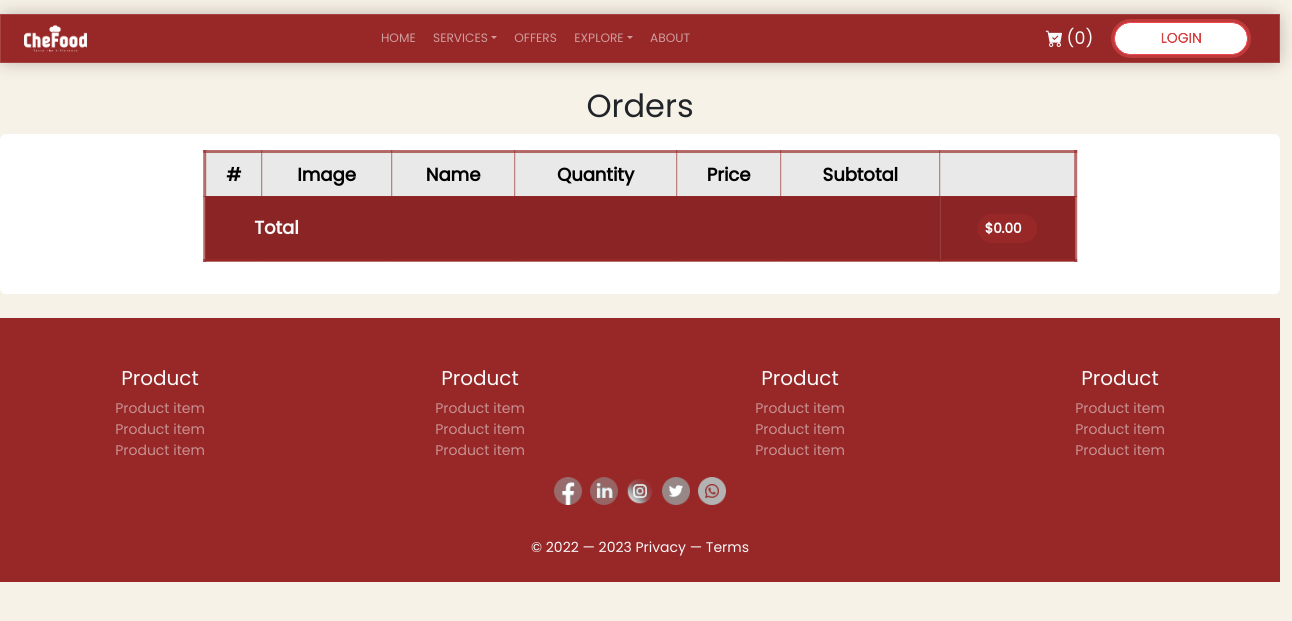
Repository: qamchamine/chefood
Page: /cart (app in front-end/)
These files come from the project's save history. The page is drawn as it stood at one moment and after the next save; the edit follows.
The browser window is 1280 px wide. The page is 1292 px wide, so the pictures cover 1292 px, including what lies to the right of the window. The pictures show the whole page.
The project was rebuilt for these pictures with package versions that can differ from the ones it lists, and the page was loaded fresh each time. Some packages were replaced by stand-ins written for this rebuild. Also part of the build but not shown: front-end/src/css/products.css, front-end/src/components/small_components/ProductCard.jsx, front-end/src/components/small_components/AddProduct.jsx, front-end/src/components/pages/sub-pages/Products.jsx, front-end/src/components/small_components/ButtonMain.jsx, front-end/src/components/small_components/HomeCard.jsx, front-end/src/components/small_components/HomeCardFullSection.jsx, front-end/src/components/pages/Home.jsx and 34 more. Imported but missing from the stored project, and not drawn on this page: front-end/src/sounds/applause.mp3, front-end/src/sounds/wheel.mp3.

Above is the page before, as saved 2023-06-25 20:33:47.

### front-end/public/index.html
<!DOCTYPE html>
<html lang="en">
  <head>
    <meta charset="utf-8" />
    <link rel="icon" href="%PUBLIC_URL%/favicon.ico" />
    <meta name="viewport" content="width=device-width, initial-scale=1" />
    <meta name="theme-color" content="#000000" />
    <meta
      name="description"
      content="Web site created using create-react-app"
    />
    <link
    rel="stylesheet"
    href="https://fonts.googleapis.com/css?family=Roboto:400,700"
  />
  <link rel="stylesheet" href="https://cdn.jsdelivr.net/npm/bootstrap-icons@1.10.5/font/bootstrap-icons.css">

    <link rel="apple-touch-icon" href="%PUBLIC_URL%/logo192.png" />
    <link rel="manifest" href="%PUBLIC_URL%/manifest.json" />

    <link rel="stylesheet" href="https://fonts.googleapis.com/icon?family=Material+Icons">

    <link rel="stylesheet" href="https://maxcdn.bootstrapcdn.com/font-awesome/4.7.0/css/font-awesome.min.css">
    <script src="https://code.jquery.com/jquery-3.5.1.min.js"></script>
    <script src="https://cdn.jsdelivr.net/npm/popper.js@1.16.0/dist/umd/popper.min.js"></script>




    <title>React App</title>
  </head>
  <body>

    <div id="root"></div>
<!--     <script src="jquery/jquery-3.6.0.js"></script>  -->
    <script src="https://unpkg.com/sweetalert/dist/sweetalert.min.js"></script>

  </body>
</html>

### front-end/src/config/ShoppingContext.jsx

  import React, { createContext, useState, useEffect } from 'react';
  import Swal from 'sweetalert2'
  import axios from 'axios';

   const ShoppingContext = createContext();

const ShoppingProvider = ({ children }) => {
/*     const [orders,setOrders] = useState([])
     */

/*       function removeFromCart(item){
        setCartItems(cartItems.filter(product => product.id !== item.id));
        Swal.fire({
          position: 'top-end',
          icon: 'success',
          title: 'Your item has been removed',
          showConfirmButton: false,
          timer: 1500
        });
      } */

      return (
    <ShoppingContext.Provider value={
        { /* orders,setOrders */
          /* products,  cartItems, removeFromCart */
        }
      }>      {children}
    </ShoppingContext.Provider>
  );
};
export { ShoppingContext, ShoppingProvider }

### front-end/src/components/Footer.jsx
import React, { useEffect } from 'react'

import Facebook from '../images/icons/facebook.png'
import Linkedin from '../images/icons/linkedin.png'
import Instagram from '../images/icons/instagram.png'
import Twitter from '../images/icons/twitter.png'
import Whatsapp from '../images/icons/whatsapp.png'
import './../css/nav-footer.css';
export default function Footer() {

    return (
        <div className='footer container-fluid' style={{ background: '#982727' }}>
            <footer className=' py-2 pt-5 d-grid text-light'>
                <div className='row justify-content-around text-center '>
                    <div className='d-grid col-6 col-sm-12 col-md-6 col-lg-4 col-xl-3'>
                        <h5>Product</h5>
                        <a className='text-decoration-none text-light opacity-50' href="">Product item</a>
                        <a className='text-decoration-none text-light opacity-50' href="">Product item</a>
                        <a className='text-decoration-none text-light opacity-50' href="">Product item</a>
                    </div>
                    <div className='d-grid col-6 col-sm-12 col-md-6 col-lg-4 col-xl-3'>
                        <h5>Product</h5>
                        <a className='text-decoration-none text-light opacity-50' href="">Product item</a>
                        <a className='text-decoration-none text-light opacity-50' href="">Product item</a>
                        <a className='text-decoration-none text-light opacity-50' href="">Product item</a>
                    </div>
                    <div className='d-grid col-6 col-sm-12 col-md-6 col-lg-4 col-xl-3'>
                        <h5>Product</h5>
                        <a className='text-decoration-none text-light opacity-50' href="">Product item</a>
                        <a className='text-decoration-none text-light opacity-50' href="">Product item</a>
                        <a className='text-decoration-none text-light opacity-50' href="">Product item</a>
                    </div>
                    <div className='d-grid col-6 col-sm-12 col-md-6 col-lg-4 col-xl-3'>
                        <h5>Product</h5>
                        <a className='text-decoration-none text-light opacity-50' href="">Product item</a>
                        <a className='text-decoration-none text-light opacity-50' href="">Product item</a>
                        <a className='text-decoration-none text-light opacity-50' href="">Product item</a>
                    </div>
                </div>
                <div className='footer-icons row justify-content-center py-3 '>
                    <div className='d-flex gap-2 justify-content-center'>
                        <a href=""> <img src={Facebook} className='footer-icon' alt="" /> </a>
                        <a href=""> <img src={Linkedin} className='footer-icon' alt="" /> </a>
                        <a href=""> <img src={Instagram} className='footer-icon' alt="" /> </a>
                        <a href=""> <img src={Twitter} className='footer-icon' alt="" /> </a>
                        <a href=""> <img src={Whatsapp} className='footer-icon' alt="" /> </a>

                    </div>
                </div>
                <div className='row justify-content-center py-3'>
                    © 2022 — 2023 Privacy — Terms
                </div>
            </footer>
        </div>

    )
}

### front-end/src/components/small_components/shopping/Cart.jsx
import React,{useContext ,useEffect, useState} from 'react';
import axios from 'axios';
import '../../../css/cart.css'
import { ShoppingContext } from '../../../config/ShoppingContext';
import { LoginContext } from '../../../config/LoginContext';
import { getProd } from '../../pages/sub-pages/Products';
export default function Cart() {
    const {orders, setOrders} = useContext(LoginContext);
    const {prod, setProd} = useContext(LoginContext);
    const {userData, setUserData} = useContext(LoginContext);
    const {isLoggedIn} = useContext(LoginContext);
    const {loading, setLoading} = useContext(LoginContext);
    const [userOrders, setUserOrders] = useState([]);

/* useEffect(() => {
  setUserOrders(orders.filter(el=>el.user_id === 1))

  console.log(userOrders);
},[]); */

    return (
        <div className="row my-4 cart-page ">
            <h2 className='text-center' style={{color:''}}>Orders</h2>
            <div className="col-md-12">
                <div className="card">
                    <div className="card-body">
                        <table className="table table-light ajouterPanierTable table-bordered">
                            <thead>
                                <tr>
                                    <th >#</th>
                                    <th >Image</th>
                                    <th >Name</th>
                                    <th >Quantity</th>
                                    <th >Price</th>
                                    <th>Subtotal</th>
                                    <th ></th>
                                </tr>
                            </thead>
                            <tbody>
                            { isLoggedIn?orders.map((item,i) => (
                                    <tr key={item.id}>

                                        <th scope="row">{i+1}</th>
                                        <td>
                {/*                             <img src={require(`../../../images/products/${prod.find(el=>el.id==item.product_id).category} (${prod.find((el,i)=>el.id===item.product_id).img}).png`)} alt={item.product_name}
                                                className="img-fluid rounded"
                                                width={60} height={60} /> */}
                                        </td>
                                        <td>{item.product_name}</td>
                                        <td>

                                            <b className="mx-2">
                                                {item.product_quantity}
                                            </b>

                                        </td>
                                        <td>{prod.find((el,i)=>el.id===item.product_id).price} <b>MAD</b> </td>
                                       <td>{(item.product_quantity * prod.find((el,i)=>el.id===item.product_id).price).toFixed(2)} MAD</td>
                                        <td>
                                            <i
                                                className="bi bi-cart-x text-danger"
                                                style={{cursor: 'pointer'}}
                                          /*       onClick={() => removeFromCart(item)} */
                                            ></i>
                                        </td>
                                    </tr>
                                )): ''
                            }
                            <tr className='cart-footer'>
                                <th  colSpan={6} className="text-start ps-5 text-light" style={{background:'#982727'}}>
                                    Total
                                </th>
                                <th style={{background:'#982727'}} colSpan={1} className=" py-3 text-light">
                                    <span style={{background:'#982727'}} className="badge text-center p-2 rounded-pill pe-3"
                                    >
                                        $
                                        {
                                            orders.reduce((acc,item) => acc += item.product_quantity * prod.find((el,i)=>el.id===item.product_id).price,0).toFixed(2)
                                        }
                                    </span>
                                </th>
                            </tr>
                            </tbody>
                        </table>
                    </div>
                </div>
            </div>
        </div>
    )
}

### front-end/src/css/home.css
.homeBG {
    height: fit-content;
    position: relative;
    right: -10%;
    top: 34%;
    z-index: -1;
    width: 100em !important;


}
@font-face {
    font-family: 'poppin';
    src: url('../fonts/Poppins/Poppins-Regular.ttf') ;
    font-weight: normal;
    font-style: normal;
  }
body {
    font-family:'poppin', sans-serif !important;
    background-color: #F7F2E7 !important;
    max-width: 100vw;
    font-weight: normal !important;
    overflow-x: hidden;
    font-size: 14px !important;
}

body::-webkit-scrollbar {
    width: 0;
}

.nb {
/*     position: fixed; */
/*     top: 1em; */
    background-color: #982727 !important;
    box-shadow: 0 0px 20px #1f020241;
    border: 1px solid #ffffff22;
}

.navbar {
    background-color: #982727 !important;
}

.changeColor {
    background-color: blue !important;
}

.signUP {
    background: white !important;
    color: #982727 !important;
    font-weight: bold !important;
    outline: 5px solid #982727ab;
    outline-offset: -2px;
    transition: 500ms ease;


}

.homeContent {
    height: 90vh;
    z-index: 0;
    margin-top: -1.5em !important;
}

.homeContent h1 {
    color: #F7F2E7;
    text-align: start;
width: 40vw !important;
}

.homeContent h1 span {
    position: relative;
    display: inline-block;
    margin-bottom: 10px;
    padding: 4px 20px 8px;
    transition: 1s ease;
}

.homeContent h1 span::before {
    content: '';
    position: absolute;
    background: #982727;
    left: 0;
    top: 0;
    z-index: -1;
    width: 100%;
    height: 100%;
    transform: skew(-10deg);
}

.homeContent h1 span:last-child::before {
    transform: skew(10deg);
}

.homeContent p {
    width: 72%;
    color: #982727;
    text-align: left;
}

.homeContent .homeMainButtons {
    width: 72%;
}

.cardBtn {
    transition: 1s ease;
}

.cardBtn:hover {
    filter: brightness(130%);

}

.cardBtn i {
    left: 63%;
    transition: 300ms ease;
}

.cardBtn:hover i {
    left: 75%;
}

.btnMain:hover {
    filter: brightness(130%);
}

.card-img-top {
    object-fit: cover;
}

.signUP:hover {

    background: #982727 !important;
    color: white !important;
    font-weight: bold !important;
    outline: 5px solid #ffffff55;
    outline-offset: -4px;
}

.cardsGroup:not(:first-child) {
    translate: 50% 0;
}

.arrow-1-1 {
    position: absolute;
    top: 50%;
    left: 0;
}

.home .carousel-control-prev-icon,
.home .carousel-control-next-icon {

    width: 1.3em;
    height: 1.3em;
    color:black !important;

    outline: 12px solid #982929;
    outline-offset: -1px;
    background-color: #982929;
    background-size: 100%, 100%;
    border-radius: 50%;
    box-shadow: 0 0 10px black;
}

.home .carousel-control-prev,
.home .carousel-control-next {
    z-index: 10;
    width: 4em !important;
/*     background: red; */

}

/* .py-4 {
    padding-top: 0rem !important;
    padding-bottom: 0rem !important;
} */

.nb{
    zoom:87%;
}

### front-end/src/css/cart.css
.ajouterPanierTable td{
    font-size: .9em;
    width: fit-content !important;
    text-align: center;
}
.ajouterPanierTable th{
    width: fit-content !important;
    text-align: center;
    background: rgba(0, 0, 0, 0.088) !important;
}
.ajouterPanierTable .cart-footer{
    background: #982727 !important;
    vertical-align: middle !important;
}

.ajouterPanierTable {
width: 70% !important;
position: relative;
left: 50%;
translate: -50% 0;
border: .2em solid #982727aa !important;
}
.cart-page .card {
    box-shadow:none;
}

### front-end/src/css/Reviews.css
.Reviews-color
{
  color : #982727;
  text-transform: uppercase;
  letter-spacing: 0.5em;
}
.Reviews-paragraph
{
  font-size: 0.8em;
}
.parent-card{
    margin-top:50px !important;
}
.card
{
    border: none !important;
    box-shadow: 0 4px 8px 0 rgba(0, 0, 0, 0.2), 0 6px 20px 0 rgba(0, 0, 0, 0.19);
}
.user-name
{
    color : #000D7E;
}
.description
{
    color: #982727;
    font-size: 0.75em;
}
.comment{
    margin:5px;
    font-size:0.55em;
}
.reviewCardImage{
    margin-top:16px;
}
.reviewCard:hover .reviewCardImage{
    scale:1.2;
    margin-inline:.3em;
}
.reviewCard:hover .reviewCardImage{
    transition:300ms ease;
}
.reviewCard:hover .hoverstar{
    scale:1.2;
    margin-inline:.3em;
}
.reviewCard .hoverstar{
    transition:300ms ease;
}
.reviewCardImage{
    width:40%;
    transition:300ms ease;
}

.reviewCard strong{
    left:50%;
    translate:-50% 0;
    width:100%;
    bottom:.9em;
}

.the-bottom-page{
    margin-top:25px;
    position: absolute;
    left: auto;
    right: 0;
}

@media (max-width: 1200px) { /* Extra large devices (large desktops, 1200px and up) */
    .card {
      width: 100%;
    }
    .col-4 {
      width: 33.33333333%;
    }
    strong img{
        width: 19px;
    }
  }
  @media (max-width: 1118px) { /* Large devices (desktops, 992px and up) */
    .card {
      width: 100%;
    }
    .col-4 {
        width: 33.33333333%;
    }
    strong img{
        width: 16px;
    }
  }
  @media (max-width: 992px) { /* Medium devices (tablets, 768px and up) */
    .card {
        width: 140%;
    }
  }
  @media (max-width: 770px) { /* Medium devices (tablets, 768px and up) */
    .card {
        width: 95%;
    }
    .col-4 {
        width: 25% !important;
    }
    .parent-card
    {
        --bs-gutter-x: 0.5rem;
        display: grid !important;
        grid-template-columns: repeat(2, 1fr);
    }
    .col-4 {
        margin-top:10px !important;
        width: 60% !important;
    }
  }
  @media (max-width: 716px) { /* Small devices (landscape phones, 576px and up) */

    .card {
        width: 95%;
    }
        strong img{
        width: 16px;
    }
  }
  @media only screen and (max-width: 576px){ /* Small devices (landscape phones, 576px and up) */

    .card {
        width: 95%;
    }
    .col-md-2 {
        flex: 0 0 16.666667%;
        max-width: 16.666667%;
    }
    strong img{
        width: 16px;
    }
  }

  @media only screen and (max-width: 528px){ /* Small devices (landscape phones, 576px and up) */

    .card {
        width: 70%;
        margin-left:30px;
    }
    .parent-card
    {
        --bs-gutter-x: 0.5rem;
        display: grid !important;
        grid-template-columns: repeat(1, 1fr);
    }
    .col-md-2 {
        flex: 0 0 16.666667%;
        max-width: 16.666667%;
    }
    strong img{
        width: 16px;
    }
  }

  @media only screen and (max-width: 365px){ /* Small devices (landscape phones, 576px and up) */

    .card {
        width: 80%;
        margin-left:20px;
    }
    .parent-card
    {
        --bs-gutter-x: 0.5rem;
        display: grid !important;
        grid-template-columns: repeat(1, 1fr);
    }
    .col-md-2 {
        flex: 0 0 16.666667%;
        max-width: 16.666667%;
    }
    strong img{
        width: 16px;
    }
  }

### front-end/src/css/location.css
@import url('https://fonts.googleapis.com/css2?family=Roboto:wght@100&display=swap');

.location-color
{
  color : #982727;
  text-transform: uppercase;
  letter-spacing: 0.3em;
}
.where-restorant
{
    width: 459px;
    margin:auto;
}
.restorant-location-title{
    font-family: 'Century Gothic';
    font-size:32px;
    font-weight:400;
}
.restorant-location-line{
    background:#B12222;
    height: 3px;
    width: 450px;
    display: inline-block;
    margin: 15px auto;
}
.restorant-location-p
{
    color:#000000 75%;
    font-size: 15px;
    font-weight: 400;
    font-family: 'Roboto', sans-serif;
}
.main-location{
    display: grid !important;
    grid-template-columns: repeat(2, 1fr);
    flex-direction: column;
    justify-content: center;
    align-items: center;
    text-align:center;
}
.restorant-location-btn{
    background-color: #B12222;
    border: none;
    width: 300px;
    height: 40px;
    border-radius: 15px;
    color: #fff;
}
.restorant-location-btn:hover{
    background-color: #fff;
    border: 2px solid #B12222;
    border-radius: 15px;
    color: #B12222;
}
.location-icon{
    margin-right: 15px;
}


  @media (max-width: 1123px) { /* Extra large devices (large desktops, 1200px and up) */
    .earth-image img{
        width: 450px;
    }
  }
  @media (max-width: 992px) { /* Medium devices (tablets, 768px and up) */
    .earth-image img{
        width: 400px;
    }
    .where-restorant {
        width: 400px;
        margin: auto;
    }
    .restorant-location-line{
        width: 350px;
        display: inline-block;
    }
  }
  @media (max-width: 868px) { /* Medium devices (tablets, 768px and up) */

    .earth-image img{
        width: 380px;
    }
    .where-restorant {
        width: 380px;
        margin: auto;
    }
    .restorant-location-line{
        width: 320px;
        display: inline-block;
    }
    .restorant-location-p{
        font-size: 13px;
    }
    .restorant-location-title{
        font-size:28px;
    }

  }
  @media (max-width: 783px) { /* Small devices (landscape phones, 576px and up) */
    .earth-image img{
        margin-top: 30px;
        width: 380px;
    }
    .where-restorant {
        width: 380px;
        margin: auto;
    }
    .restorant-location-line{
        width: 320px;
        display: inline-block;
    }
    .restorant-location-p{
        font-size: 15px;
    }
    .restorant-location-title{
        font-size:32px;
    }
    .main-location{
        display: grid !important;
        grid-template-columns: repeat(1, 1fr);
        justify-items: center;
        text-align:center;
    }
  }
  @media(max-width: 401px){ /* Small devices (landscape phones, 576px and up) */
    .earth-image img{
        width: 330px;
        margin-top: 30px;
    }
    .where-restorant {
        width: 330px;
        margin: auto;
    }
    .restorant-location-line{
        width: 320px;
        display: inline-block;
    }
    .restorant-location-p{
        font-size: 13px;
    }
    .restorant-location-title{
        font-size:28px;
    }
    .main-location{
        display: grid !important;
        grid-template-columns: repeat(1, 1fr);
        justify-items: center;
        text-align:center;
    }
  }

### front-end/src/css/Timer.css

@import url(https://fonts.googleapis.com/css?family=Titillium+Web:400,200,200italic,300,300italic,900,700italic,700,600italic,600,400italic);

/* .timer {
  font-family: 'Titillium Web', cursive;
  width: 800px;
  margin: 0 auto;
  text-align: center;
  color: white;
  background: #222;
  font-weight: 100;
} */

.timer {
  display: inline-flex;
  line-height: 1;
  padding: 20px;
  font-size: 40px;
  font-family: 'Times New Roman', cursive;


}
.timerD{
    border-radius: 2px;
    padding: 5px;
    font-size: 10px;
    border: 70px rgb(131, 55, 55);
    box-shadow:2px 2px 4px rgba(0, 0, 0, 0.4), 4px 4px 8px rgba(0, 0, 0, 0.2);
}

.Stime {
  display: block;
  font-size: 20px;
  color: rgb(206, 178, 19);

}

#days {
  font-size: 80px;
  color: rgb(92, 25, 5);
  background-color:rgb(230, 230, 234);

  margin: 15px;
}
#hours {
  font-size: 80px;
  color: rgb(92, 25, 5);
  background-color:rgb(230, 230, 234);
  margin: 15px;
}
#minutes {
  font-size: 80px;

  color: rgb(92, 25, 5);
  background-color:rgb(230, 230, 234);
  margin: 15px;
}
#seconds {
  font-size: 80px;
  color: rgb(92, 25, 5);
  background-color:rgb(230, 230, 234);
  margin: 15px;
}

Loaded but not shown: front-end/src/index.css (common file); front-end/src/config/LoginContext.js (93 lines, source omitted); front-end/src/App.js (42 lines, source omitted); front-end/src/index.js (24 lines, source omitted); front-end/src/css/reservation.css (400 lines, source omitted); front-end/src/components/Navbar.jsx (179 lines, source omitted); front-end/src/css/nav-footer.css (258 lines, source omitted); front-end/src/css/contactus.css (178 lines, source omitted)

After the next save:
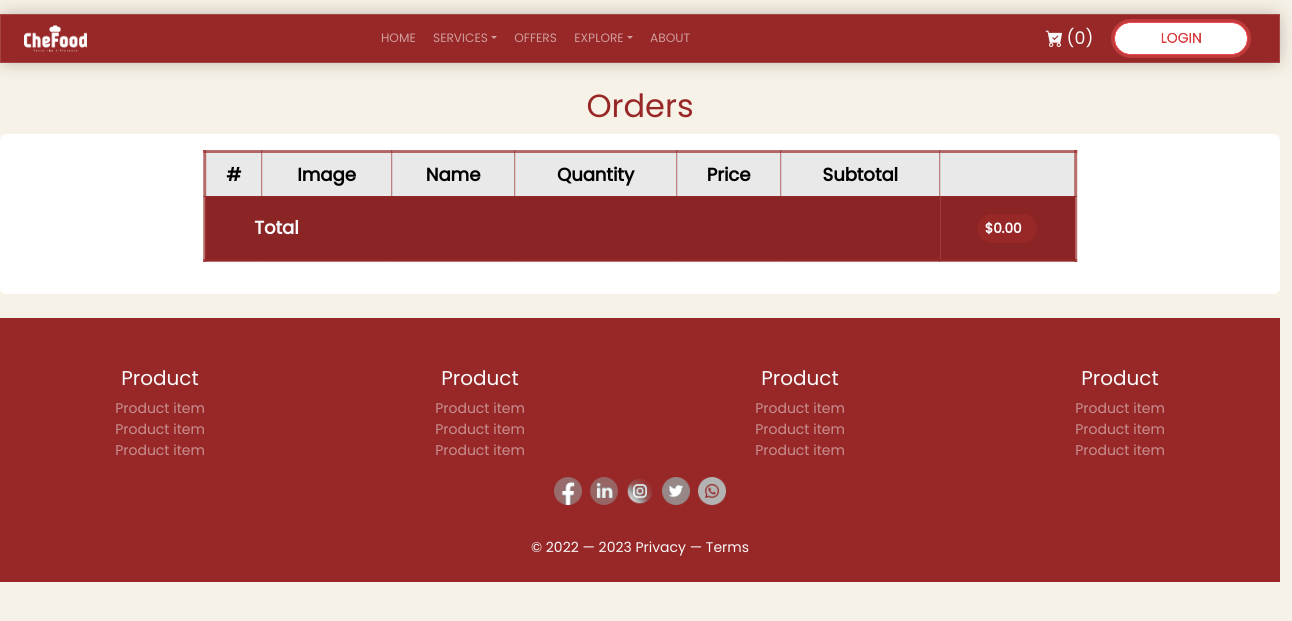
Saved 4 s later.
--- a/front-end/src/components/small_components/shopping/Cart.jsx
+++ b/front-end/src/components/small_components/shopping/Cart.jsx
@@ -20,7 +20,7 @@ export default function Cart() {
 
     return (
         <div className="row my-4 cart-page ">
-            <h2 className='text-center' style={{color:''}}>Orders</h2>
+            <h2 className='text-center' style={{color:'#982727'}}>Orders</h2>
             <div className="col-md-12">
                 <div className="card">
                     <div className="card-body">
